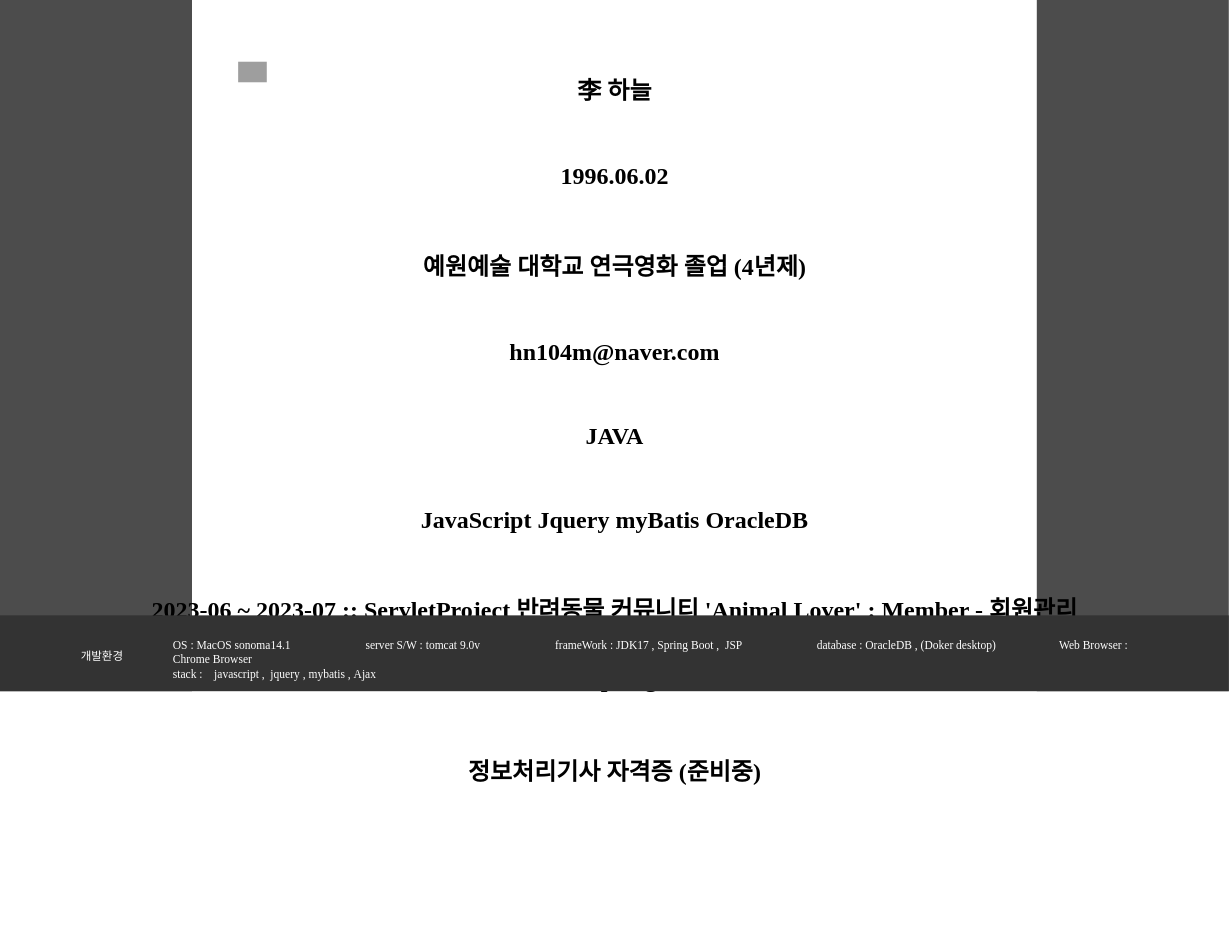
Repository: LeeHaNeul96/Leehaneul
Page: http://localhost/com.introduce/WEB-INF/views/more.jsp
An editor plug-in stored every save of this project. The page is shown before and after a run of saves, followed by the edit.
The browser window is 1280 px wide. The pictures show the whole page, at 96% of full size.
Pictures or frames that could not be fetched are drawn as grey boxes. The page is served by Tomcat 9. Nobody is signed in. Other server files are loaded and not shown. The template is opened directly, without the code that normally fills it, so the values that code supplies are empty.

Above is the page before, as saved 2023-10-31 09:37:25.

### com.introduce/src/main/webapp/WEB-INF/views/more.jsp
<%@ page language="java" contentType="text/html; charset=UTF-8"
    pageEncoding="UTF-8"%>
<!DOCTYPE html>
<html>
<head>
<meta charset="UTF-8">
<title>Insert title here</title>
<script src="https://code.jquery.com/jquery-3.6.0.min.js"></script>

<style type="text/css">
.footer {
	text-align: center;
	padding: 2em 0;
	background-color: #333;
	color: #fff;
	position: fixed;
	bottom: 0;
	left: 0; /* 왼쪽 위치를 0으로 설정합니다. */
	height: 15px;
	width: 100%;
	margin: 0; /* 마진을 0으로 설정합니다. */
}

.footer-dev {
	font-size: 12px;
	text-align: left;
	padding-left: 7em;
}

.footer-content {
	position: absolute; /* 절대 위치 설정 */
	top: 1em; /* 위쪽으로 1em 이동 */
	padding: 1em 8em; /* 양 옆 여백을 설정합니다. */
	height: 200px;
}

.container{
margin-top: 3em;
margin-bottom: 10em;

text-align: center;


}
.left-margin {
 background-color: rgba(0, 0, 0, 0.7); /* 알파 값을 조절하여 투명도 설정 */

    height: 100%;
    width: 200px; /* 원하는 너비로 조절하세요. */
    position: fixed;
    top: 0;
    left: 0;
    z-index: -1;
}

/* 오른쪽 여백 스타일 */
.right-margin {
 background-color: rgba(0, 0, 0, 0.7); /* 알파 값을 조절하여 투명도 설정 */
    height: 100%;
    width: 200px; /* 원하는 너비로 조절하세요. */
    position: fixed;
    top: 0;
    right: 0;
    z-index: -1;
}

h2 {
    font-size: 36px; /* 예를 들어, 원하는 크기로 설정 */
    transition: font-size 1s; /* 글씨 크기 변경에 애니메이션 적용 (선택사항) */
}
</style>
</head>
<body>
<script>
$(function() {
    // 모든 h2 태그를 선택하여 배열로 저장합니다.
    var $h2Elements = $("h2");

    // 초기에 모든 h2 태그의 크기를 설정합니다.
    $h2Elements.css("font-size", "36px");

    // 1초(1000 밀리초)마다 h2 태그 배열을 순회하면서 글꼴 크기를 작게 설정합니다.
    var index = 0;
    var interval = setInterval(function() {
        if (index < $h2Elements.length) {
            $h2Elements.eq(index).css("font-size", "25px");
            index++;
        } else {
            clearInterval(interval); // 모든 h2 태그를 처리하면 setInterval을 멈춥니다.
        }
    }, 20); // 1초마다 실행
});
</script>


<div class="left-margin"></div>
<div class="right-margin"></div>

<a href="/main/view"><img style="width:30px; text-align:left; margin-left:15em; margin-top: 3em; margin-bottom: -4em;" alt="" src="/images/free-icon-go-back-left-arrow-61022.png"></a>
<div class="container">
<h2>李 하늘</h2><br>
<h2>1996.06.02</h2><br>
<h2>예원예술 대학교 연극영화 졸업 (4년제)</h2><br>
<h2>hn104m@naver.com</h2><br>
<h2>JAVA</h2><br>
<h2>JavaScript  Jquery  myBatis  OracleDB</h2><br>
<h2>2023-06 ~ 2023-07 :: ServletProject 반려동물 커뮤니티 'Animal Lover' : Member - 회원관리<br>
2023-08 ~ 2023-09 :: SpringProject 종합 신발 쇼핑몰 'Shoepin' : WishList,Cart - 장바구니<br>
2023-09 AWS기반 Spring 백엔드 개발 수료
</h2><br>
<h2>정보처리기사 자격증 (준비중)<br>
</h2>

</div>



	<div class="footer">
		<div class="footer-dev">
			개발환경
			<div class="footer-content">
				OS : MacOS sonoma14.1
				&nbsp;&nbsp;&nbsp;&nbsp;&nbsp;&nbsp;&nbsp;&nbsp;&nbsp;&nbsp;&nbsp;&nbsp;&nbsp;&nbsp;&nbsp;&nbsp;&nbsp;&nbsp;&nbsp;&nbsp;&nbsp;&nbsp;&nbsp;&nbsp;
				server S/W : tomcat
				9.0v&nbsp;&nbsp;&nbsp;&nbsp;&nbsp;&nbsp;&nbsp;&nbsp;&nbsp;&nbsp;&nbsp;&nbsp;
				&nbsp;&nbsp;&nbsp;&nbsp;&nbsp;&nbsp;&nbsp;&nbsp;&nbsp;&nbsp;&nbsp;&nbsp;
				frameWork : JDK17&nbsp;,&nbsp;Spring Boot&nbsp;, &nbsp;JSP
				&nbsp;&nbsp;&nbsp;&nbsp;&nbsp;&nbsp;&nbsp;&nbsp;&nbsp;&nbsp;&nbsp;&nbsp;&nbsp;&nbsp;&nbsp;&nbsp;&nbsp;&nbsp;&nbsp;&nbsp;&nbsp;&nbsp;&nbsp;&nbsp;
				database : OracleDB&nbsp;,&nbsp;(Doker desktop)
				&nbsp;&nbsp;&nbsp;&nbsp;&nbsp;&nbsp;&nbsp;&nbsp;&nbsp;&nbsp;&nbsp;&nbsp;&nbsp;&nbsp;&nbsp;&nbsp;&nbsp;&nbsp;&nbsp;&nbsp;
				Web Browser : Chrome Browser<br> stack :&nbsp;&nbsp;&nbsp;
				javascript&nbsp;,&nbsp; jquery&nbsp;,&nbsp;mybatis&nbsp;,&nbsp;Ajax
			</div>
		</div>
	</div>
</body>
</html>

After the next 2 saves:
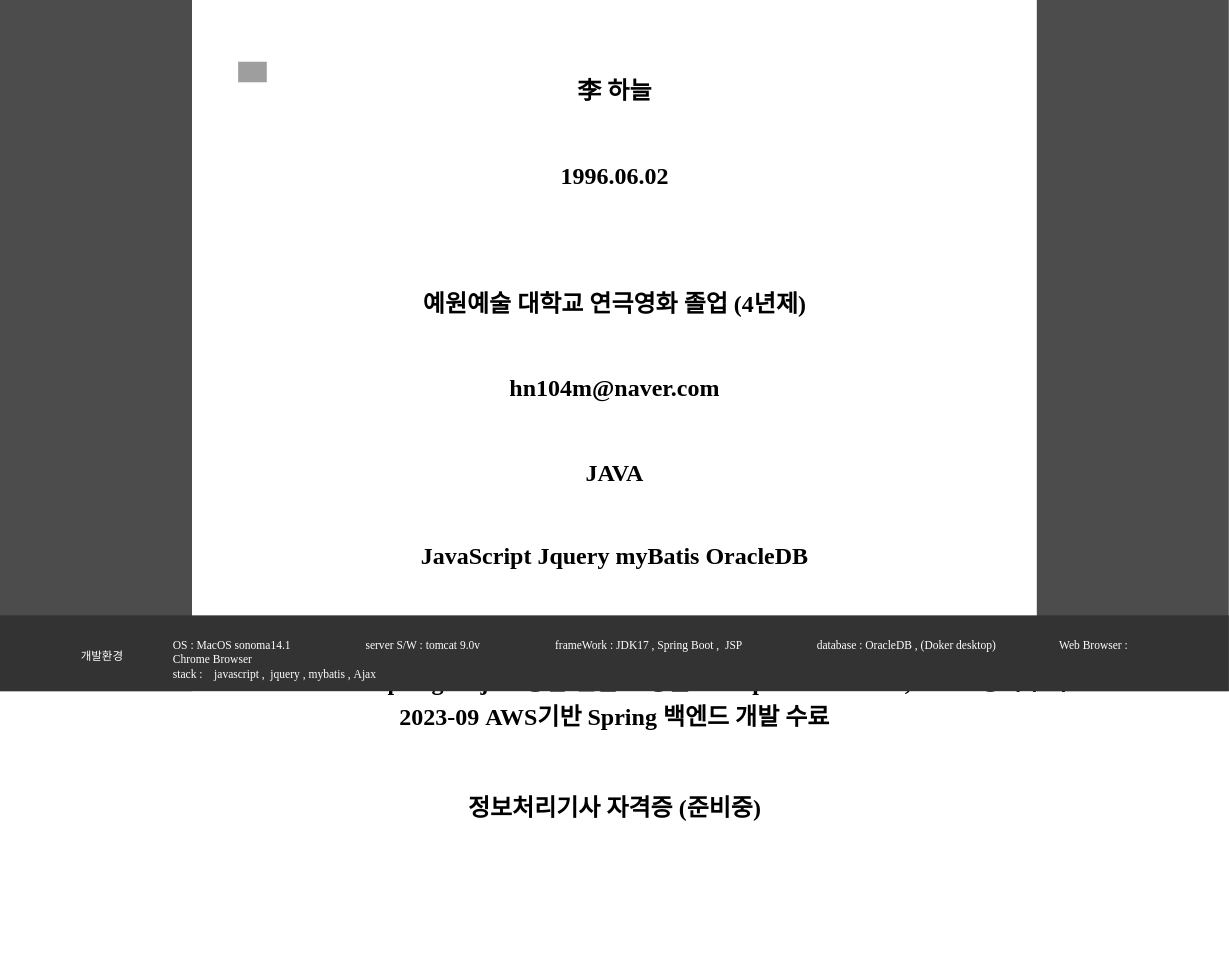
The 2 saves are shown as one change because they came seconds apart.
The last was saved 95 s later.
--- a/com.introduce/src/main/webapp/WEB-INF/views/more.jsp
+++ b/com.introduce/src/main/webapp/WEB-INF/views/more.jsp
@@ -100,6 +100,7 @@ $(function() {
 <div class="container">
 <h2>李 하늘</h2><br>
 <h2>1996.06.02</h2><br>
+<h2></h2><br>
 <h2>예원예술 대학교 연극영화 졸업 (4년제)</h2><br>
 <h2>hn104m@naver.com</h2><br>
 <h2>JAVA</h2><br>
